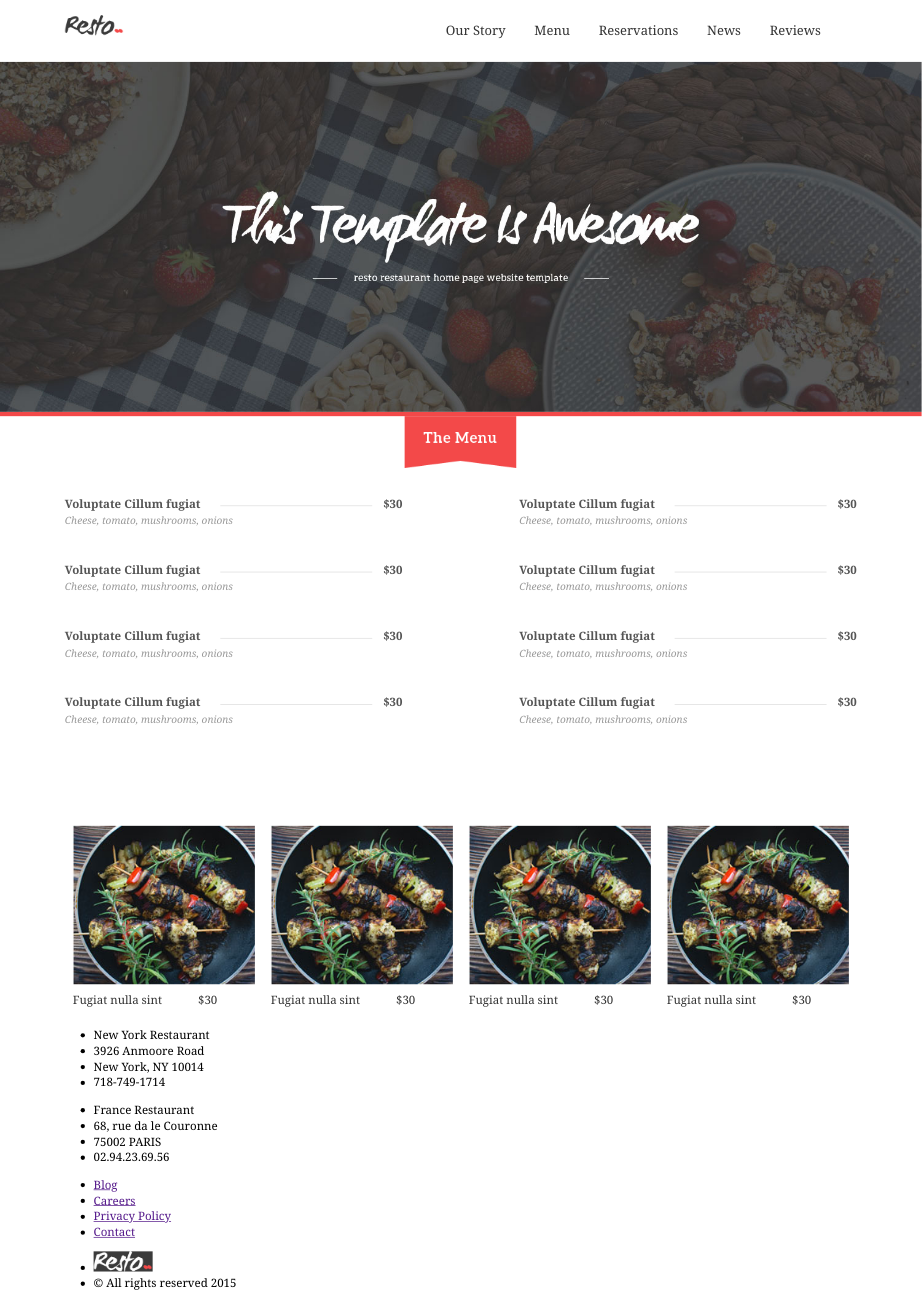
Repository: Piterwk1/psd-to-wordpress
Page: index.html
The author's editor kept a copy of each file at every save. The page is drawn from the files as they stood at one save, then again after the next save.
The browser window is 1280 px wide. The pictures show the whole page, at 72% of full size.

Above is the page before, as saved 2021-09-23 04:03:38.

### index.html
<html lang="en">

<head>
    <meta charset="UTF-8">
    <meta http-equiv="X-UA-Compatible" content="IE=edge">
    <meta name="viewport" content="width=device-width, initial-scale=1.0">
    <title>Resto</title>
    <link rel="stylesheet" href="style.css">
</head>

<body>

    <header>
        <div class="wrapper" id="headerWrapper">
            <h1 class="logo">Rest</h1>
            <nav>
                <h2>Main Navigation</h2>
                <ul>
                    <li><a href="">Our Story</a></li>
                    <li><a href="">Menu</a></li>
                    <li><a href="">Reservations</a></li>
                    <li><a href="">News</a></li>
                    <li><a href="">Reviews</a></li>
                </ul>
            </nav>
        </div>
    </header>

    <!-- start homepage content -->

    <div id="main-banner">
        <img src="images/banner.jpg" alt="Welcome to Resto">
    </div>

    <div class="wrapper">
        <section id="home-menu">
            <h2>Menu</h2>
            <ul>
                <li>
                    <span class="dish">Voluptate Cillum fugiat</span>
                    <span class="price">$30</span>
                    <span class="description">Cheese, tomato, mushrooms, onions</span>
                </li>
                <li>
                    <span class="dish">Voluptate Cillum fugiat</span>
                    <span class="price">$30</span>
                    <span class="description">Cheese, tomato, mushrooms, onions</span>
                </li>
                <li>
                    <span class="dish">Voluptate Cillum fugiat</span>
                    <span class="price">$30</span>
                    <span class="description">Cheese, tomato, mushrooms, onions</span>
                </li>
                <li>
                    <span class="dish">Voluptate Cillum fugiat</span>
                    <span class="price">$30</span>
                    <span class="description">Cheese, tomato, mushrooms, onions</span>
                </li>
                <li>
                    <span class="dish">Voluptate Cillum fugiat</span>
                    <span class="price">$30</span>
                    <span class="description">Cheese, tomato, mushrooms, onions</span>
                </li>
                <li>
                    <span class="dish">Voluptate Cillum fugiat</span>
                    <span class="price">$30</span>
                    <span class="description">Cheese, tomato, mushrooms, onions</span>
                </li>
                <li>
                    <span class="dish">Voluptate Cillum fugiat</span>
                    <span class="price">$30</span>
                    <span class="description">Cheese, tomato, mushrooms, onions</span>
                </li>
                <li>
                    <span class="dish">Voluptate Cillum fugiat</span>
                    <span class="price">$30</span>
                    <span class="description">Cheese, tomato, mushrooms, onions</span>
                </li>
            </ul>
        </section>

        <section id="featured">
            <ul>
                <li>
                    <img src="images/thumb-1.jpg">
                    <a href="">Fugiat nulla sint</a>
                    <span>$30</span>
                    <span class="rating"></span>
                </li>
                <li>
                    <img src="images/thumb-1.jpg">
                    <a href="">Fugiat nulla sint</a>
                    <span>$30</span>
                    <span class="rating"></span>
                </li>
                <li>
                    <img src="images/thumb-1.jpg">
                    <a href="">Fugiat nulla sint</a>
                    <span>$30</span>
                    <span class="rating"></span>
                </li>
                <li>
                    <img src="images/thumb-1.jpg">
                    <a href="">Fugiat nulla sint</a>
                    <span>$30</span>
                    <span class="rating"></span>
                </li>
            </ul>
        </section>
    </div>

    <!-- end homepage content -->

    <footer>
        <div class="wrapper">
            <ul>
                <li>New York Restaurant</li>
                <li>3926 Anmoore Road</li>
                <li>New York, NY 10014</li>
                <li>718-749-1714</li>
            </ul>
            <ul>
                <li>France Restaurant</li>
                <li>68, rue da le Couronne</li>
                <li>75002 PARIS</li>
                <li>02.94.23.69.56</li>
            </ul>
            <ul>
                <li><a href="">Blog</a></li>
                <li><a href="">Careers</a></li>
                <li><a href="">Privacy Policy</a></li>
                <li><a href="">Contact</a></li>
            </ul>
            <ul>
                <li><img src="images/white-logo.png" alt="logo"></li>
                <li>&copy; All rights reserved 2015</li>

            </ul>
        </div>
    </footer>
</body>

</html>

### style.css
body {
    font-family: Georgia, 'Times New Roman', Times, serif;
    margin: 0;
}

.wrapper {
    width: 100%;
    /* max-width: 960px; */
    max-width: 1100px;
    padding: 0 10px;
    margin:  0 auto;
}

h1.logo {
    background-image: url(images/logo.png);
    background-repeat: no-repeat;
    width: 100px;
    text-indent: -10000px;
}

#headerWrapper {
    display: flex;
    justify-content: space-between;
    width: 100%;
}

nav {

  margin-right: 10px;

}

#headerWrapper nav h2 {
    text-indent: -100000px;
    height: 0;
    margin: 0;
}

#headerWrapper nav ul {
   display: flex;
   justify-content: space-evenly;
   list-style-type:  none;
   margin: 10px 20px;
}
#headerWrapper nav li {

   margin: 20px 20px;
}
#headerWrapper nav li a{
   text-decoration: none;
   color: #333;
   font-size: 18px;
}
#headerWrapper nav li a:hover{
   color: blue;
}

#main-banner, #main-banner img{
    width: 100%;
}

#main-banner img {
    border-bottom: 6px solid #f34949;
}

#home-menu h2 {
    background-image: url(images/menu-head.png);
    background-repeat: no-repeat;
    width: 156px;
    height: 74px;
    text-indent: -10000px;
    margin: 0 auto;
}

#home-menu ul {
    display: flex;
    flex-wrap: wrap;
    justify-content: space-between;
   padding: 0;
   list-style: none;
}
#home-menu li {
    display: flex;
    flex-wrap: wrap;
   margin: 20px 0 20px 0;
   justify-content: space-between;
}

.dish{
    position: relative;
    z-index: 1;
    background: #fff;
    padding-right: 5px;
    width: 45%;
    color: #555;
    font-weight: bold;
}

.price {
    position: relative;
    z-index: 1;
    background: #fff;
    padding-left: 15px;
    color: #555;
    font-weight: bold;
}

.description {
    width: 100%;
    color: #999;
    font-style: italic;
    font-size: 14px;
    padding-top: 10px;
    border-top: 1px solid #ddd;
    position: relative;
    top: -8px;
}

#featured {
    margin-top: 100px;
}
#featured ul {
    display: flex;
    justify-content: space-evenly;
    padding: 0;
}

#featured li {
    display: flex;
    flex-wrap: wrap;
    list-style: none;
    margin: 1%;
}

#featured li img{
    width: 100%;
    margin-bottom: 10px;
}

#featured li a{
    color: #333;
    text-decoration: none;
}

#featured li span{
    color: #333;
margin-left: 50px;
}

After the next save:
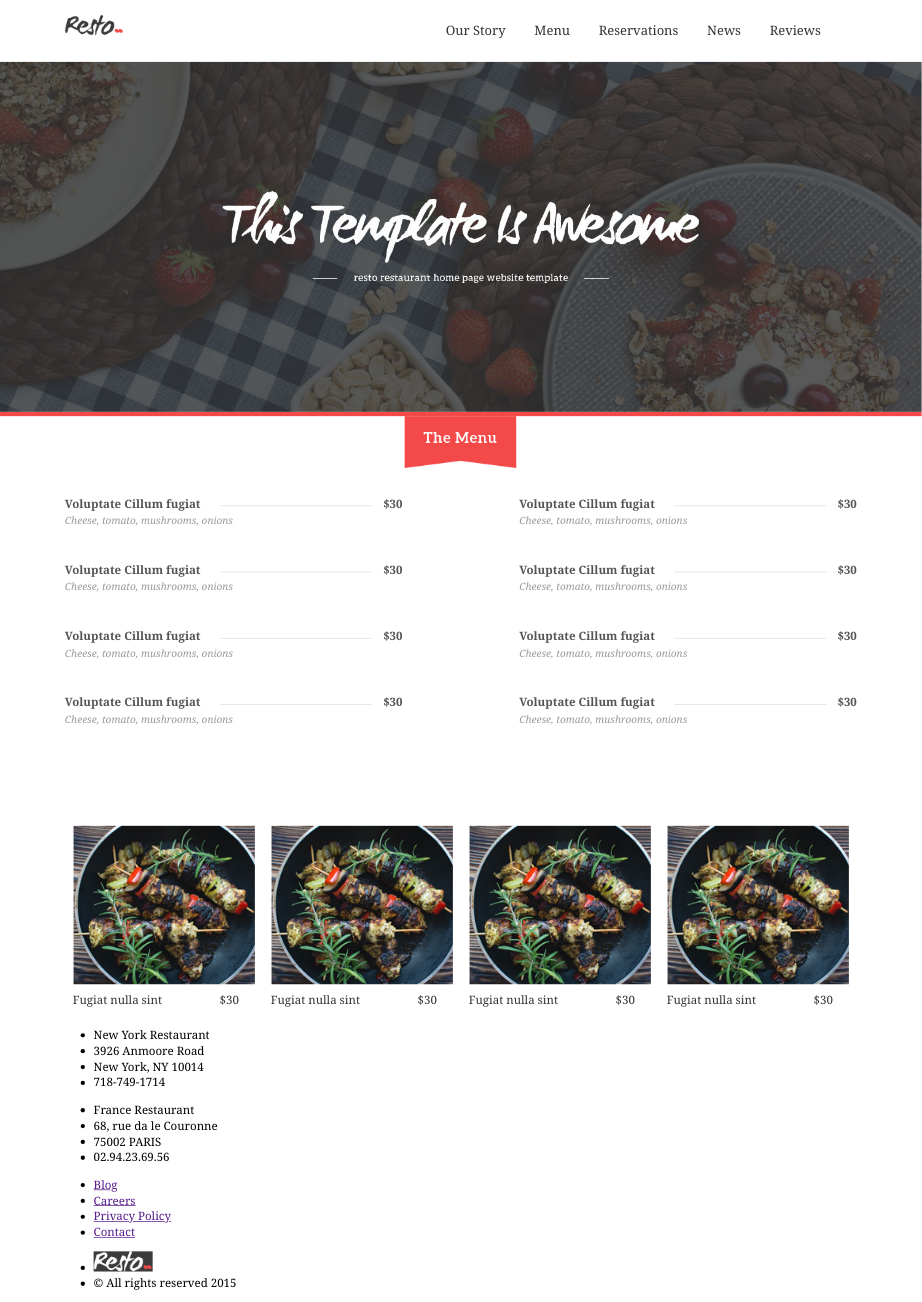
Saved 5 s later.
--- a/style.css
+++ b/style.css
@@ -144,5 +144,5 @@ nav {
 
 #featured li span{
     color: #333;
-margin-left: 50px;
+margin-left: 80px;
 }
